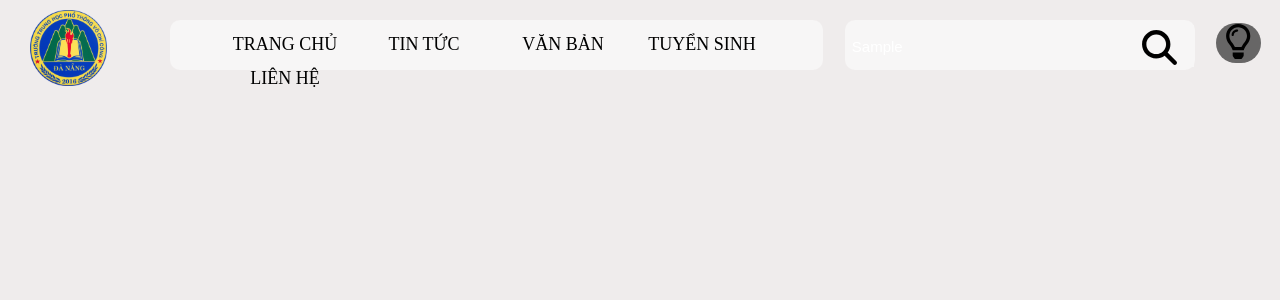
Repository: dphasst17/THPTVCC
Page: admissions/admissions.html
These files come from the project's save history. The page is drawn as it stood at one moment and after the next save; the edit follows.
The browser window is 1280 px wide. The pictures show the whole page.
Empty fields were first filled with sample values (such as "Sample", 5 or name@example.com).
After loading, the first visible `#light` was clicked once.

Above is the page before, as saved 2022-10-13 11:00:24.
Console error (its wording comes from the project's code and is left out).

After the next save:
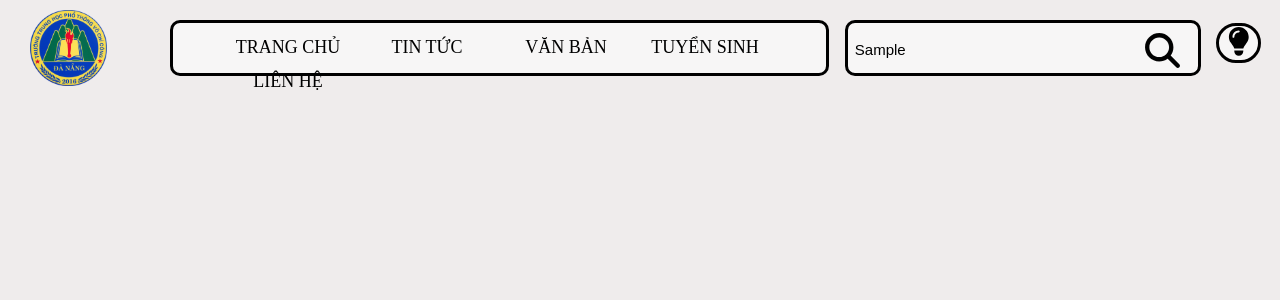
The error is gone.
Saved 7 s later.
--- a/admissions/admissions.html
+++ b/admissions/admissions.html
@@ -61,18 +61,22 @@
                     $('.user_infor').fadeToggle('user_info')
                 })
             })
+
+            /* Dark - Light mode */
             $(document).ready(function(){
                 $('#dark').click(function(){
                     $('body').css("background-color","rgb(119, 120, 120)")
                     $('.nav, .search, .search>input, .user, #new, #document, #admissions').css("background-color","rgb(103, 102, 102)")
+                    $('.notification').css("background-color","#f4f2f2bd")
+                    $('.nav, .search, .user,#dark, .notification').css("border-style","none")
                     $('h4').css("color","white")
                     $('#dark').css("display","none")
                     $('#light').css("display","block")
                 });
                 $('#light').click(function(){
                     $('body').css("background-color","rgb(239, 236, 236)")
-                    $('.nav, .search, .search>input, .user, #new, #document, #admissions, #dark').css("background-color","rgb(247, 246, 246)")
-                    $('.nav, .search, .user,#dark,').css("border-style","solid")
+                    $('.nav, .search, .search>input, .user, .notification, #new, #document, #admissions, #dark').css("background-color","rgb(247, 246, 246)")
+                    $('.nav, .search, .user,#dark, .notification').css("border-style","solid")
                     $('.search>input').css("color","#000")
                     $('h4').css("color","black")
                     $('#light').css("display","none")
